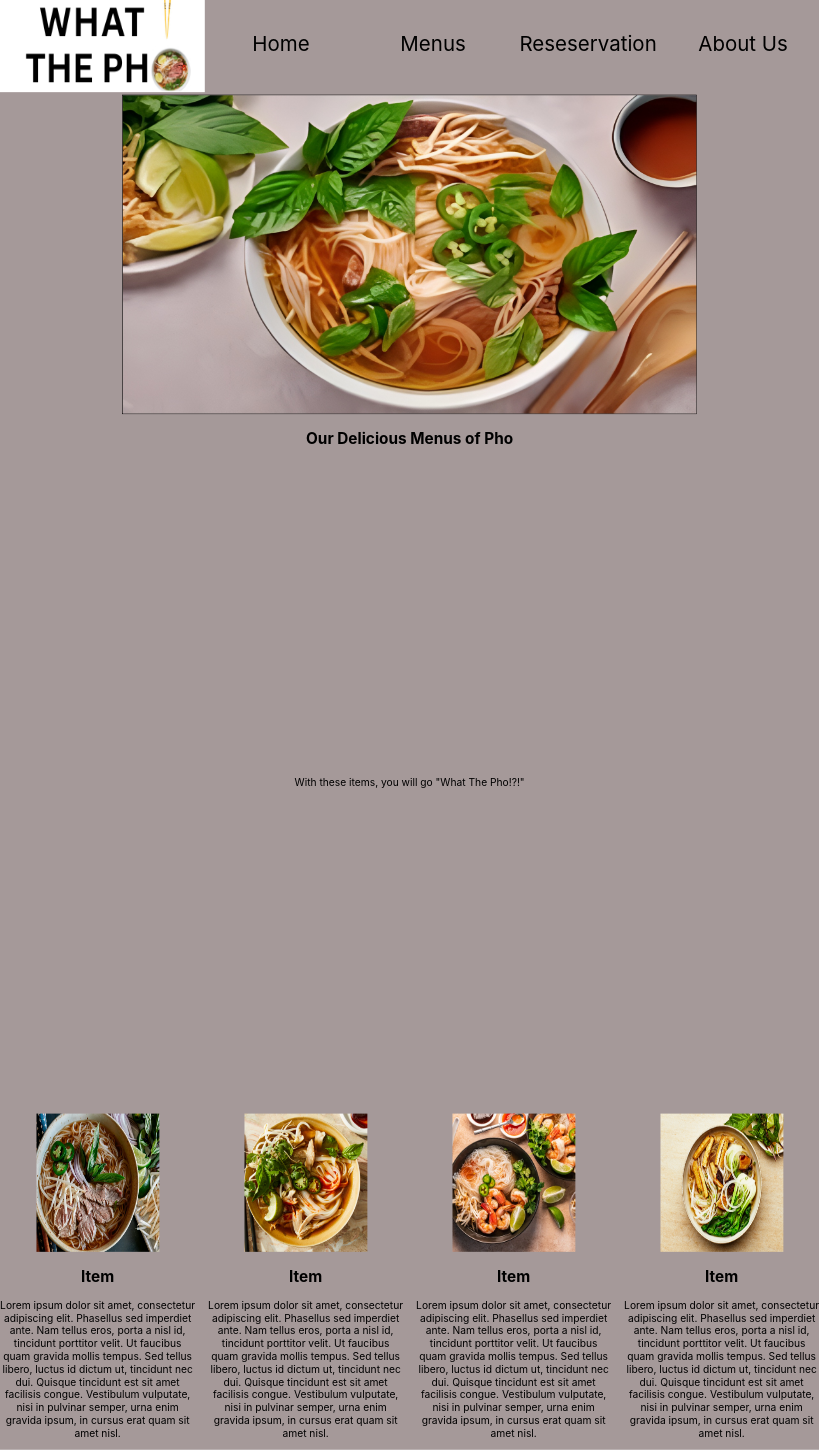
Repository: NguyenkhDang/Restaurant-Website
Page: /
These files come from the project's save history. The page is drawn as it stood at one moment and after the next save; the edit follows.
The browser window is 1280 px wide. The pictures show the whole page, at 64% of full size.
The project was rebuilt for these pictures with package versions that can differ from the ones it lists, and the page was loaded fresh each time.

Above is the page before, as saved 2026-01-15 22:21:38.

After the next save:
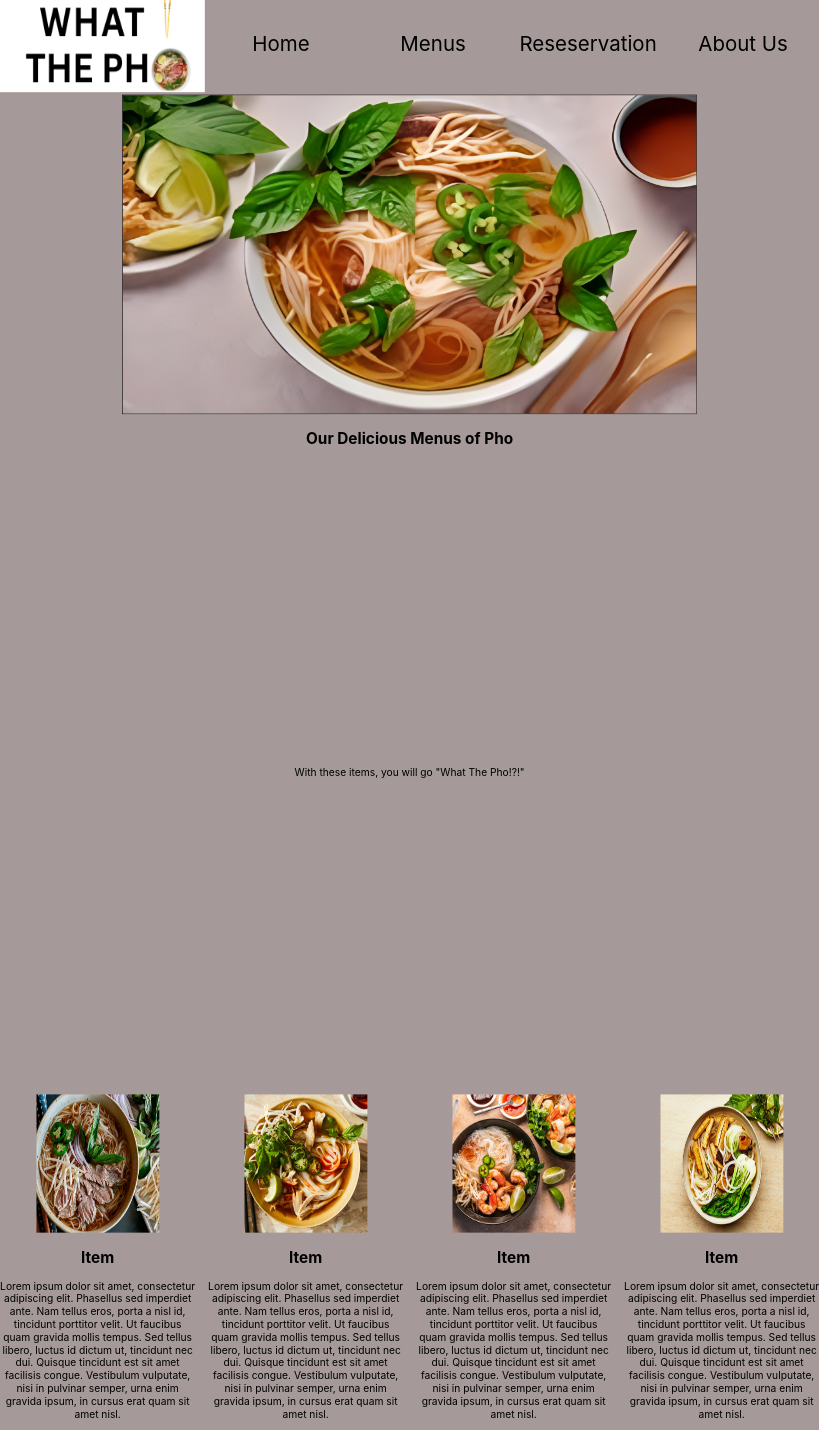
Saved 4 s later.
--- a/src/App.css
+++ b/src/App.css
@@ -6,7 +6,7 @@
 .menu{
   display: grid;
   grid-template-rows: 1fr 1fr 1fr;
-  gap: 20px;
+  gap: 5px;
 
 }
 
